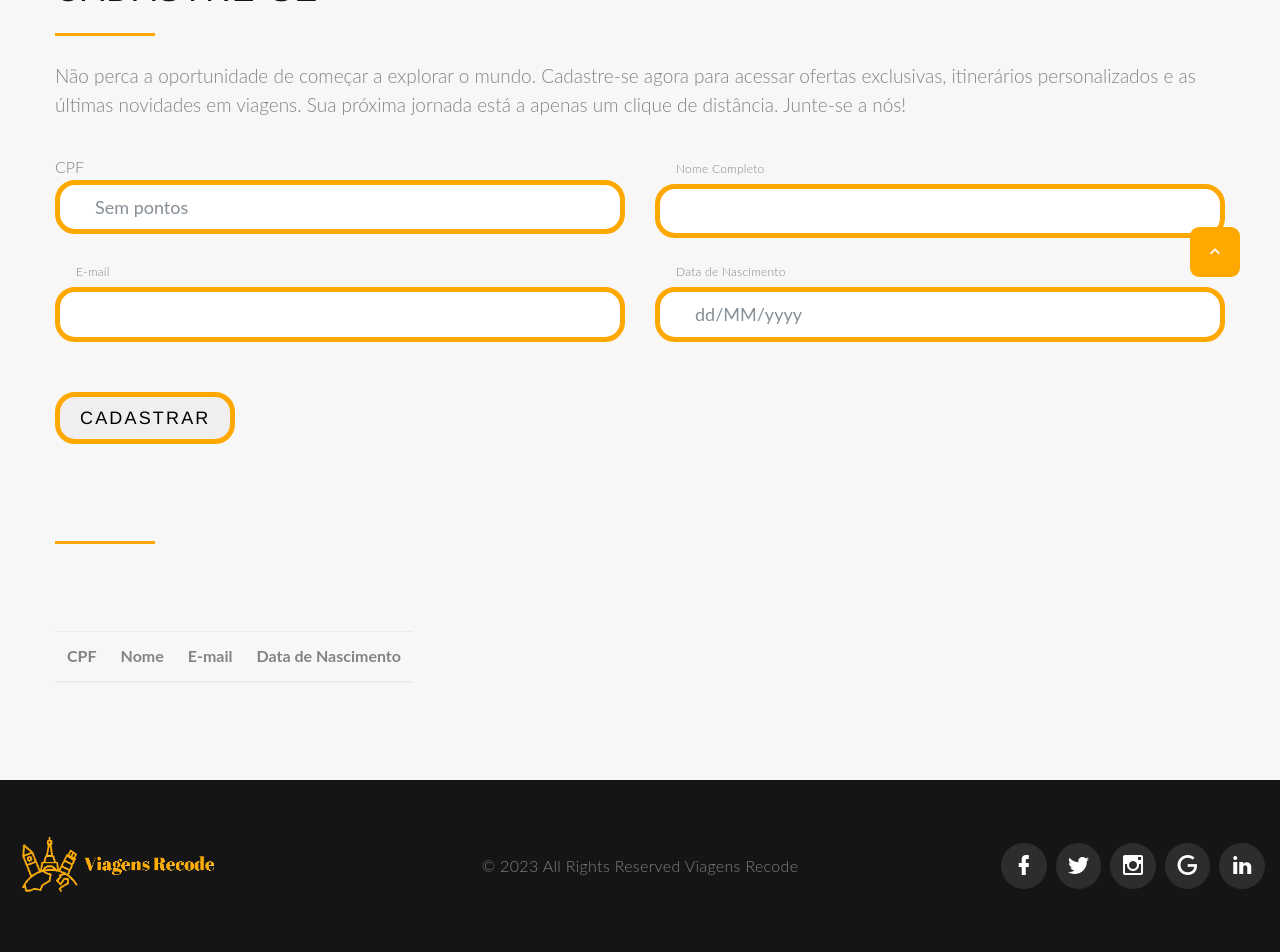
Repository: LiraS23/RecodePro2023-Modulo-5
Page: http://localhost/cliente
The author's editor kept a copy of each file at every save. The page is drawn from the files as they stood at one save, then again after the next save.
The browser window is 1280 px wide. The pictures show the part of the page from y = 503 to 1455 px (the page is 1455 px tall).
Some web fonts or font styles are not loaded; a fallback is used. The page is this project's Thymeleaf template; nobody is signed in. The template is opened directly, without the code that normally fills it, so the values that code supplies are empty.

Above is the page before, as saved 2023-12-07 20:43:21.

### SpringBoot/Modulo5/src/main/resources/templates/cliente.html
<!DOCTYPE html>
<html lang="pt-br">

<head>
	<meta charset="UTF-8">
	<meta name="viewport" content="width=device-width, height=device-height, initial-scale=1.0">
	<meta http-equiv="X-UA-Compatible" content="IE=edge">
	<title>Cliente</title>

	<link rel="icon" href="images/favicon.ico" type="image/x-icon">
	<link rel="stylesheet" type="text/css"
		href="fonts.googleapis.com/css?family=Oswald:200,400%7CLato:300,400,300italic,700%7CMontserrat:900">
	<link rel="stylesheet" href="css/bootstrap.css">
	<link rel="stylesheet" href="css/style.css">
	<link rel="stylesheet" href="css/fonts.css">
</head>

<body>
	<div class="page">
		<header class="section page-header breadcrumbs-custom-wrap bg-gradient bg-secondary-2 novi-background bg-cover">
			<!-- RD Navbar-->
			<div class="rd-navbar-wrap rd-navbar-default">
				<nav class="rd-navbar" data-layout="rd-navbar-fixed" data-sm-layout="rd-navbar-fixed"
					data-md-layout="rd-navbar-fixed" data-md-device-layout="rd-navbar-fixed"
					data-lg-layout="rd-navbar-fullwidth" data-xl-layout="rd-navbar-static"
					data-lg-device-layout="rd-navbar-fixed" data-xl-device-layout="rd-navbar-static"
					data-md-stick-up-offset="2px" data-lg-stick-up-offset="2px" data-stick-up="true"
					data-sm-stick-up="true" data-md-stick-up="true" data-lg-stick-up="true" data-xl-stick-up="true">
					<div class="rd-navbar-inner">
						<!-- RD Navbar Panel-->
						<div class="rd-navbar-panel">
							<!-- RD Navbar Toggle-->
							<button class="rd-navbar-toggle" data-rd-navbar-toggle=".rd-navbar-nav-wrap">
								<span></span>
							</button>
							<!-- RD Navbar Brand-->
							<div class="rd-navbar-brand">
								<a class="brand-name" href="index.html"><img class="logo-default"
										src="images/logo-default-208x46.png" alt="" width="208" height="46" /><img
										class="logo-inverse" src="images/logo-inverse-208x46.png" alt="" width="208"
										height="46" /></a>
							</div>
						</div>
						<div class="rd-navbar-aside-right">
							<div class="rd-navbar-nav-wrap">
								<!-- RD Navbar Nav-->
								<ul class="rd-navbar-nav">
									<li><a href="index.html">Home</a></li>
									<li><a href="destinos.html">Destinos</a></li>
									<li><a href="promocoes.html">Promoções</a></li>
									<li><a href="contato.html">Contato</a></li>
									<li class="active"><a href="cliente.html">Cliente</a></li>
									<li><a href="pedidos.html">Reserve um passeio</a></li>
								</ul>
							</div>
						</div>
					</div>
				</nav>
			</div>
			<!-- Breadcrumbs-->
			<section class="breadcrumbs-custom"
				style="background: url(&quot;https://travelplustur.com.br/wp-content/uploads/2022/04/travelplus-tur-22.jpg&quot;); background-size: cover;">
				<div class="container">
					<p class="breadcrumbs-custom-subtitle">Faça seu registro</p>
					<p class="heading-1 breadcrumbs-custom-title">Cadastro</p>
				</div>
			</section>

		</header>

		<!-- Cadastro-->
		<section class="section section-wrap bg-gray-lighter novi-background bg-cover">
			<div class="section-wrap-inner">
				<div class="container container-bigger">
					<div class="row">
						<div class="col">
							<div class="section section-lg">
								<h3>Cadastre-se</h3>
								<hr class="divider divider-left divider-secondary">
								<p class="big">Não perca a oportunidade de começar a
									explorar o mundo. Cadastre-se agora para acessar ofertas
									exclusivas, itinerários personalizados e as últimas novidades
									em viagens. Sua próxima jornada está a apenas um clique de
									distância. Junte-se a nós!</p>
								<!--form-->
								<form class="" data-form-output="form-output-global" data-form-type="contact"
									method="post" action="/cadastrar-cliente">
									<input type="hidden" name="action" value="adicionar">
									<div class="row row-fix row-20">
										<div class="col-md-6">
											<div class="form-wrap form-wrap-validation">
												<label for="cpf">CPF</label> <input class="form-control"
													style="border: 5px solid #FFA900; border-radius: 20px;" id="cpf"
													type="text" name="cpf" placeholder="Sem pontos"
													data-constraints="@Required" />
											</div>
										</div>
										<div class="col-md-6">
											<div class="form-wrap form-wrap-validation">
												<label class="form-label-outside" for="nome">Nome
													Completo</label> <input class="form-control"
													style="border: 5px solid #FFA900; border-radius: 20px;" id="nome"
													type="text" name="nome" data-constraints="@Required" />
											</div>
										</div>
										<div class="col-md-6">
											<div class="form-wrap form-wrap-validation">
												<label class="form-label-outside" for="email">E-mail</label>
												<input class="form-control"
													style="border: 5px solid #FFA900; border-radius: 20px;" id="email"
													type="email" name="email" data-constraints="@Email @Required" />
											</div>
										</div>
										<div class="col-md-6">
											<div class="form-wrap form-wrap-validation">
												<label class="form-label-outside" for="dataNasc">Data
													de Nascimento</label><input class="form-control"
													style="border: 5px solid #FFA900; border-radius: 20px;"
													id="dataNasc" type="text" name="dataNasc" placeholder="dd/MM/yyyy"
													data-constraints="@Numeric @Required" />
											</div>
										</div>
										<div class="col-sm-12 offset-custom-1">
											<div class="form-button">
												<button class="btn btn-secondary"
													style="border: 5px solid #FFA900; border-radius: 20px;"
													type="submit">Cadastrar</button>
											</div>
										</div>
									</div>
								</form>
							</div>
						</div>
					</div>
				</div>
			</div>
		</section>

		<!-- Adicione essa parte para exibir a lista de clientes -->
		<section class="section section-wrap bg-gray-lighter novi-background bg-cover">
			<div class="section-wrap-inner">
				<div class="container container-bigger">
					<div class="row">
						<div class="col">
							<hr class="divider divider-left divider-secondary">
							<div class="section section-lg">
								<div id="lista-clientes">
									<section>
										<table class="table table-responsive">
											<thead>
												<tr>
													<th>CPF</th>
													<th>Nome</th>
													<th>E-mail</th>
													<th>Data de Nascimento</th>
												</tr>
											</thead>
											<tbody>
												<!-- Iterar sobre a lista de pacotes -->
												<tr th:each="cliente : ${clientes}"
													th:id="'cliente-' + ${cliente.cpf}">
													<td th:text="${cliente.nome}"></td>
													<td th:text="${cliente.dataNasc}"></td>
													<td th:text="${cliente.email}"></td>
													<!-- Botões de editar e excluir -->
													<td>
														<!-- Botão Editar -->
														<a th:href="@{'/editar-cliente/' + ${cliente.cpf}}"
															class="btn btn-primary btn-sm btn-editar"
															style="border-radius: 25px;">
															Editar
														</a>
														<!-- Botão Excluir -->
														<a th:href="@{'/excluir-cliente/' + ${cliente.cpf}}"
															class="btn btn-danger btn-sm btn-excluir"
															style="border-radius: 25px;">
															Excluir
														</a>
													</td>
												</tr>
											</tbody>
										</table>
									</section>
								</div>
							</div>
						</div>
					</div>
				</div>
			</div>
		</section>


		<!-- Footer Minimal-->
		<footer class="section page-footer page-footer-minimal novi-background bg-cover text-center bg-gray-darker">
			<div class="container container-wide">
				<div class="row row-fix justify-content-sm-center align-items-md-center row-30">
					<div class="col-md-10 col-lg-7 col-xl-4 text-xl-left">
						<a href="index.html"><img class="inverse-logo" src="images/logo-inverse-208x46.png" alt=""
								width="208" height="46" /></a>
					</div>
					<div class="col-md-10 col-lg-7 col-xl-4">
						<p class="right">
							&#169;&nbsp;<span class="copyright-year"></span> All Rights
							Reserved Viagens Recode
						</p>
					</div>
					<div class="col-md-10 col-lg-7 col-xl-4 text-xl-right">
						<ul class="group-xs group-middle">
							<li><a class="icon novi-icon icon-md-middle icon-circle icon-secondary-5-filled mdi mdi-facebook"
									href="#"></a></li>
							<li><a class="icon novi-icon icon-md-middle icon-circle icon-secondary-5-filled mdi mdi-twitter"
									href="#"></a></li>
							<li><a class="icon novi-icon icon-md-middle icon-circle icon-secondary-5-filled mdi mdi-instagram"
									href="#"></a></li>
							<li><a class="icon novi-icon icon-md-middle icon-circle icon-secondary-5-filled mdi mdi-google"
									href="#"></a></li>
							<li><a class="icon novi-icon icon-md-middle icon-circle icon-secondary-5-filled mdi mdi-linkedin"
									href="#"></a></li>
						</ul>
					</div>
				</div>
			</div>
		</footer>
	</div>

	<!-- Global Mailform Output-->
	<div class="snackbars" id="form-output-global"></div>
	<!-- Javascript-->
	<script src="js/core.min.js"></script>
	<script src="js/script.js"></script>

</body>

</html>

Loaded but not shown: SpringBoot/Modulo5/src/main/resources/static/css/bootstrap.css (library); SpringBoot/Modulo5/src/main/resources/static/css/style.css (library); SpringBoot/Modulo5/src/main/resources/static/css/fonts.css (library); SpringBoot/Modulo5/src/main/resources/static/js/core.min.js (library); SpringBoot/Modulo5/src/main/resources/static/js/script.js (1496 lines, source omitted)

After the next save:
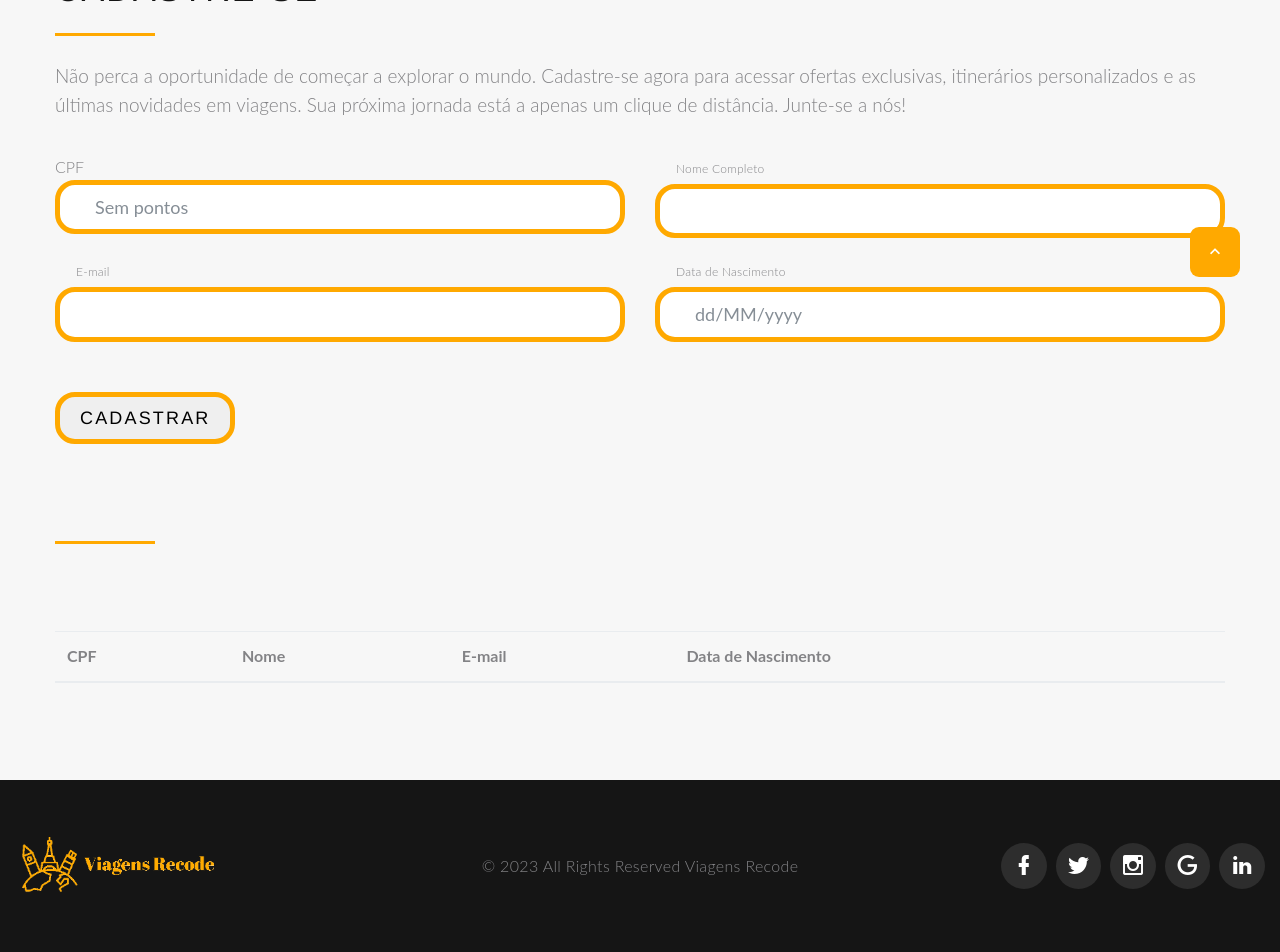
Saved 10 s later.
--- a/SpringBoot/Modulo5/src/main/resources/templates/cliente.html
+++ b/SpringBoot/Modulo5/src/main/resources/templates/cliente.html
@@ -146,7 +146,7 @@
 							<div class="section section-lg">
 								<div id="lista-clientes">
 									<section>
-										<table class="table table-responsive">
+										<table class="table">
 											<thead>
 												<tr>
 													<th>CPF</th>
